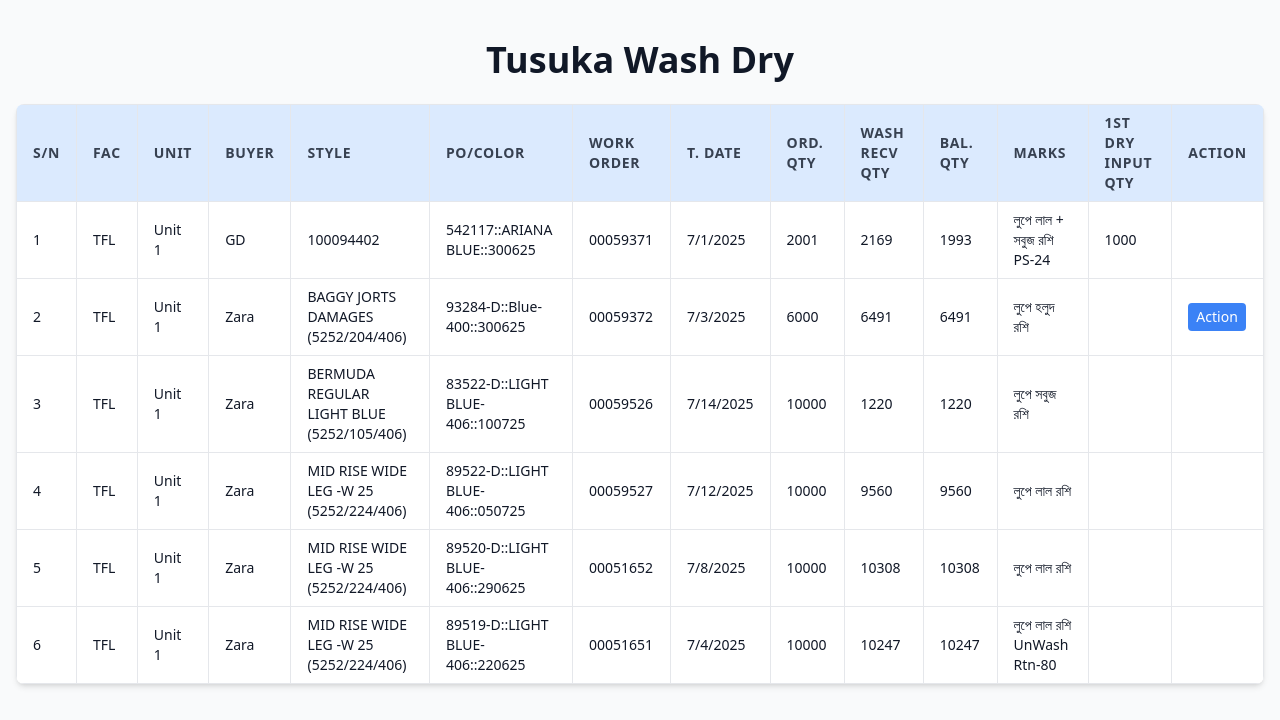
Repository: AhmedMuktadir14218/TusukaDryWash
Page: index.html
An editor plug-in stored every save of this project. The page is shown before and after a run of saves, followed by the edit.
The browser window is 1280 px wide. The pictures show the whole page.
Some web libraries are served in a nearby version.

Above is the page before, as saved 2025-06-29 15:02:52.

### index.html
<!DOCTYPE html>
<html lang="en">
<head>
  <meta charset="UTF-8" />
  <meta name="viewport" content="width=device-width, initial-scale=1.0"/>
  <title>Tusuka Wash Dry</title>
  <script src="https://cdn.tailwindcss.com"></script>
</head>
<body class="bg-gray-50 text-gray-900">
  <h1 class="text-4xl font-bold text-center mt-10 mb-6">Tusuka Wash Dry</h1>

  <div class="container mx-auto px-4">
    <div class="overflow-x-auto bg-white shadow-md rounded-lg">
      <table class="min-w-full table-auto text-sm text-left border">
        <thead class="bg-blue-100 text-gray-700 uppercase tracking-wider">
          <tr>
            <th class="px-4 py-2 border">S/N</th>
            <th class="px-4 py-2 border">Fac</th>
            <th class="px-4 py-2 border">Unit</th>
            <th class="px-4 py-2 border">Buyer</th>
            <th class="px-4 py-2 border">Style</th>
            <th class="px-4 py-2 border">PO/Color</th>
            <th class="px-4 py-2 border">Work Order</th>
            <th class="px-4 py-2 border">T. Date</th>
            <th class="px-4 py-2 border">Ord. Qty</th>
            <th class="px-4 py-2 border">Wash Recv Qty</th>
            <th class="px-4 py-2 border">Bal. Qty</th>
            <th class="px-4 py-2 border">Marks</th>
            <th class="px-4 py-2 border">1st Dry Input Qty</th>
            <th class="px-4 py-2 border">Action</th>
          </tr>
        </thead>
        <tbody>
          <tr class="hover:bg-gray-100">
            <td class="px-4 py-2 border">1</td>
            <td class="px-4 py-2 border">TFL</td>
            <td class="px-4 py-2 border">Unit 1</td>
            <td class="px-4 py-2 border">GD</td>
            <td class="px-4 py-2 border">100094402</td>
            <td class="px-4 py-2 border">542117::ARIANA BLUE::300625</td>
            <td class="px-4 py-2 border">00059371</td>
            <td class="px-4 py-2 border">7/1/2025</td>
            <td class="px-4 py-2 border">2001</td>
            <td class="px-4 py-2 border">2169</td>
            <td class="px-4 py-2 border">1993</td>
            <td class="px-4 py-2 border">লুপে লাল + সবুজ রশি PS-24</td>
            <td class="px-4 py-2 border">1000</td>
            <td class="px-4 py-2 border"></td>
          </tr>
          <tr class="hover:bg-gray-100">
            <td class="px-4 py-2 border">2</td>
            <td class="px-4 py-2 border">TFL</td>
            <td class="px-4 py-2 border">Unit 1</td>
            <td class="px-4 py-2 border">Zara</td>
            <td class="px-4 py-2 border">BAGGY JORTS DAMAGES (5252/204/406)</td>
            <td class="px-4 py-2 border">93284-D::Blue-400::300625</td>
            <td class="px-4 py-2 border">00059372</td>
            <td class="px-4 py-2 border">7/3/2025</td>
            <td class="px-4 py-2 border">6000</td>
            <td class="px-4 py-2 border">6491</td>
            <td class="px-4 py-2 border">6491</td>
            <td class="px-4 py-2 border">লুপে হলুদ রশি</td>
            <td class="px-4 py-2 border"></td>
            <td class="px-4 py-2 border"><button class="bg-blue-500 text-white px-2 py-1 rounded">Action</button></td>
          </tr>
          <tr class="hover:bg-gray-100">
            <td class="px-4 py-2 border">3</td>
            <td class="px-4 py-2 border">TFL</td>
            <td class="px-4 py-2 border">Unit 1</td>
            <td class="px-4 py-2 border">Zara</td>
            <td class="px-4 py-2 border">BERMUDA REGULAR LIGHT BLUE (5252/105/406)</td>
            <td class="px-4 py-2 border">83522-D::LIGHT BLUE-406::100725</td>
            <td class="px-4 py-2 border">00059526</td>
            <td class="px-4 py-2 border">7/14/2025</td>
            <td class="px-4 py-2 border">10000</td>
            <td class="px-4 py-2 border">1220</td>
            <td class="px-4 py-2 border">1220</td>
            <td class="px-4 py-2 border">লুপে সবুজ রশি</td>
            <td class="px-4 py-2 border"></td>
            <td class="px-4 py-2 border"></td>
          </tr>
          <tr class="hover:bg-gray-100">
            <td class="px-4 py-2 border">4</td>
            <td class="px-4 py-2 border">TFL</td>
            <td class="px-4 py-2 border">Unit 1</td>
            <td class="px-4 py-2 border">Zara</td>
            <td class="px-4 py-2 border">MID RISE WIDE LEG -W 25 (5252/224/406)</td>
            <td class="px-4 py-2 border">89522-D::LIGHT BLUE-406::050725</td>
            <td class="px-4 py-2 border">00059527</td>
            <td class="px-4 py-2 border">7/12/2025</td>
            <td class="px-4 py-2 border">10000</td>
            <td class="px-4 py-2 border">9560</td>
            <td class="px-4 py-2 border">9560</td>
            <td class="px-4 py-2 border">লুপে লাল রশি</td>
            <td class="px-4 py-2 border"></td>
            <td class="px-4 py-2 border"></td>
          </tr>
          <tr class="hover:bg-gray-100">
            <td class="px-4 py-2 border">5</td>
            <td class="px-4 py-2 border">TFL</td>
            <td class="px-4 py-2 border">Unit 1</td>
            <td class="px-4 py-2 border">Zara</td>
            <td class="px-4 py-2 border">MID RISE WIDE LEG -W 25 (5252/224/406)</td>
            <td class="px-4 py-2 border">89520-D::LIGHT BLUE-406::290625</td>
            <td class="px-4 py-2 border">00051652</td>
            <td class="px-4 py-2 border">7/8/2025</td>
            <td class="px-4 py-2 border">10000</td>
            <td class="px-4 py-2 border">10308</td>
            <td class="px-4 py-2 border">10308</td>
            <td class="px-4 py-2 border">লুপে লাল রশি</td>
            <td class="px-4 py-2 border"></td>
            <td class="px-4 py-2 border"></td>
          </tr>
          <tr class="hover:bg-gray-100">
            <td class="px-4 py-2 border">6</td>
            <td class="px-4 py-2 border">TFL</td>
            <td class="px-4 py-2 border">Unit 1</td>
            <td class="px-4 py-2 border">Zara</td>
            <td class="px-4 py-2 border">MID RISE WIDE LEG -W 25 (5252/224/406)</td>
            <td class="px-4 py-2 border">89519-D::LIGHT BLUE-406::220625</td>
            <td class="px-4 py-2 border">00051651</td>
            <td class="px-4 py-2 border">7/4/2025</td>
            <td class="px-4 py-2 border">10000</td>
            <td class="px-4 py-2 border">10247</td>
            <td class="px-4 py-2 border">10247</td>
            <td class="px-4 py-2 border">লুপে লাল রশি UnWash Rtn-80</td>
            <td class="px-4 py-2 border"></td>
            <td class="px-4 py-2 border"></td>
          </tr>
        </tbody>
      </table>
    </div>
  </div>
</body>
</html>

After the next 2 saves:
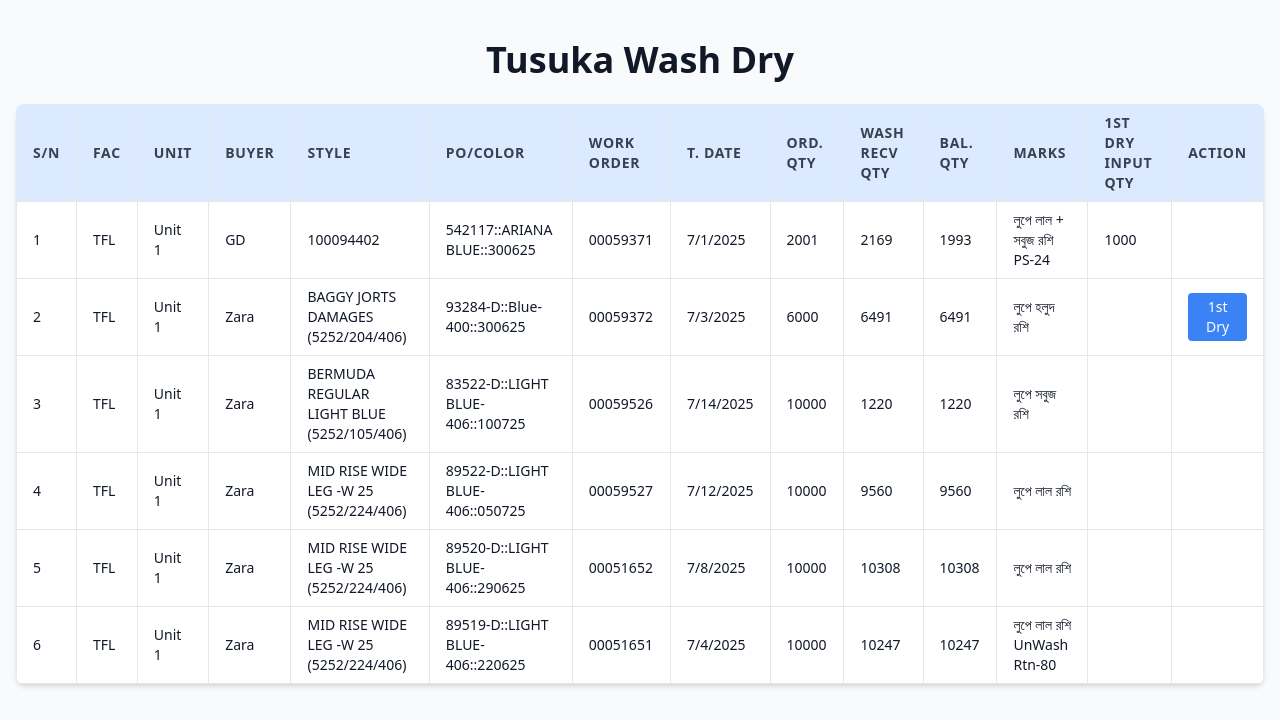
The 2 saves are shown as one change because they came seconds apart.
The last was saved 10 s later.
--- a/index.html
+++ b/index.html
@@ -61,7 +61,7 @@
             <td class="px-4 py-2 border">6491</td>
             <td class="px-4 py-2 border">লুপে হলুদ রশি</td>
             <td class="px-4 py-2 border"></td>
-            <td class="px-4 py-2 border"><button class="bg-blue-500 text-white px-2 py-1 rounded">Action</button></td>
+            <td class="px-4 py-2 border"><button class="bg-blue-500 text-white px-2 py-1 rounded">1st Dry</button></td>
           </tr>
           <tr class="hover:bg-gray-100">
             <td class="px-4 py-2 border">3</td>
